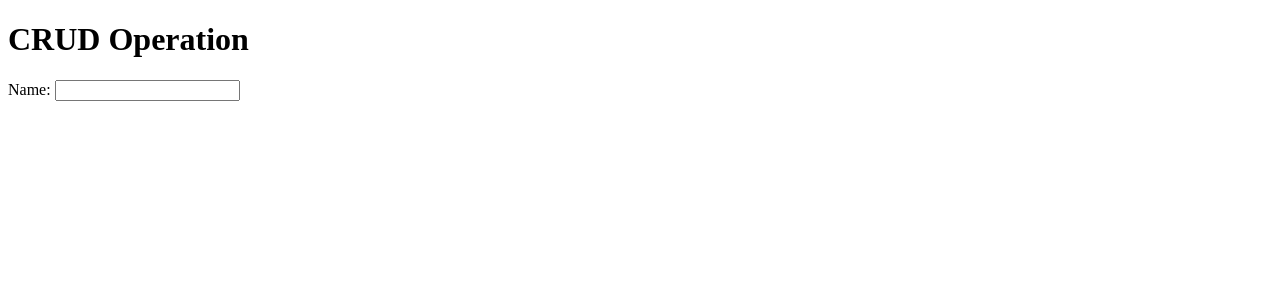
Repository: Josephkennedy603/CRUD-Operation
Page: /
The author's editor kept a copy of each file at every save. The page is drawn from the files as they stood at one save, then again after the next save.
The browser window is 1280 px wide. The pictures show the whole page.
The project was rebuilt for these pictures with package versions that can differ from the ones it lists, and the page was loaded fresh each time. Also part of the build but not shown: src/index.css, src/App.css.

Above is the page before, as saved 2024-03-02 19:40:56.

After the next save:
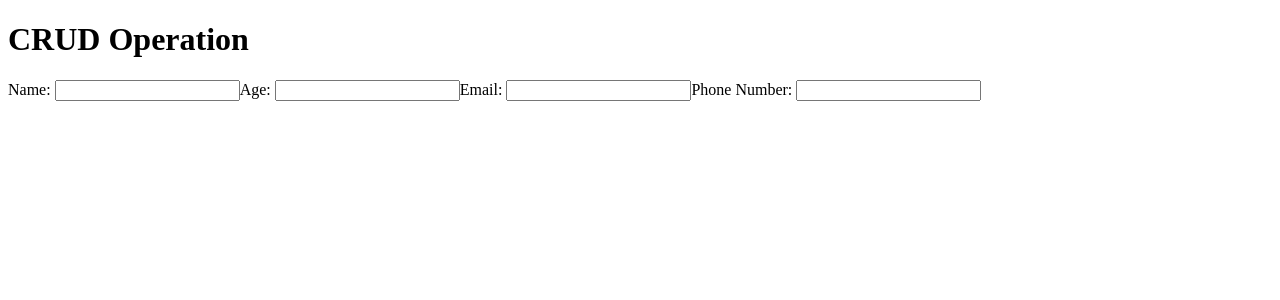
Saved 14 min 55 s later.
--- a/src/App.jsx
+++ b/src/App.jsx
@@ -9,6 +9,9 @@ const App = () => {
     <h1>CRUD Operation</h1>
     <form action="">
       Name: <input type="text" />
+      Age: <input type="text" />
+      Email: <input type="text" />
+      Phone Number: <input type="text" />
     </form>
     </div>
   )
